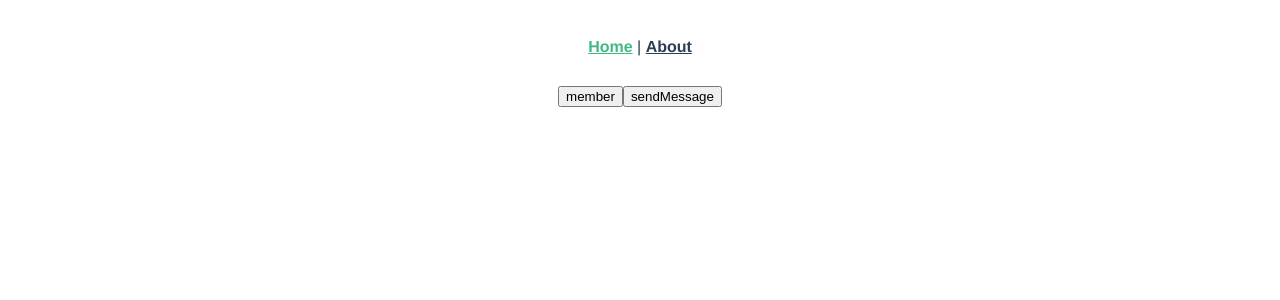
Repository: luckybigboy/gitTest
Page: /
These files come from the project's save history. The page is drawn as it stood at one moment and after the next save; the edit follows.
The browser window is 1280 px wide. The pictures show the whole page.
The project was rebuilt for these pictures with package versions that can differ from the ones it lists, and the page was loaded fresh each time. Also part of the build but not shown: vue.config.js.

Above is the page before, as saved 2020-09-25 16:36:18.

After the next save:
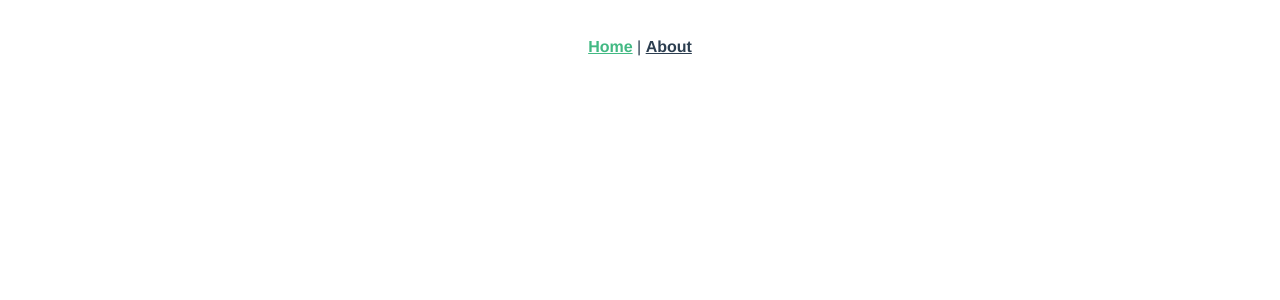
Saved 105 s later.
--- a/src/main.js
+++ b/src/main.js
@@ -4,9 +4,9 @@
 import router from "./router";
 import store from "./store";
 
-// router.beforeEach((to, from, next) => {
-//   console.log(to)
-// })
+router.beforeEach((to, from, next) => {
+  console.log(to)
+})
 Vue.config.productionTip = false;
 
 new Vue({

After the 2 saves that followed:
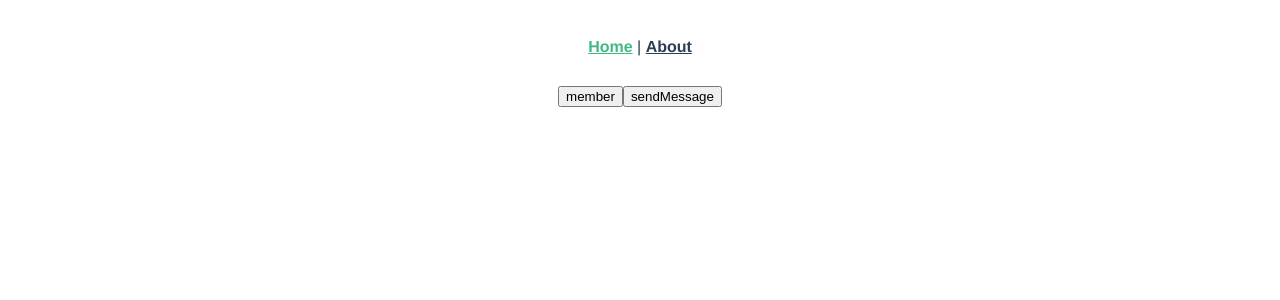
The 2 saves are shown as one change because 1 left the picture as it was.
The last was saved 112 s later.
--- a/src/main.js
+++ b/src/main.js
@@ -1,4 +1,3 @@
-import { from } from "core-js/fn/array";
 import Vue from "vue";
 import App from "./App.vue";
 import router from "./router";
@@ -6,6 +5,7 @@
 
 router.beforeEach((to, from, next) => {
   console.log(to)
+  next()
 })
 Vue.config.productionTip = false;
 
